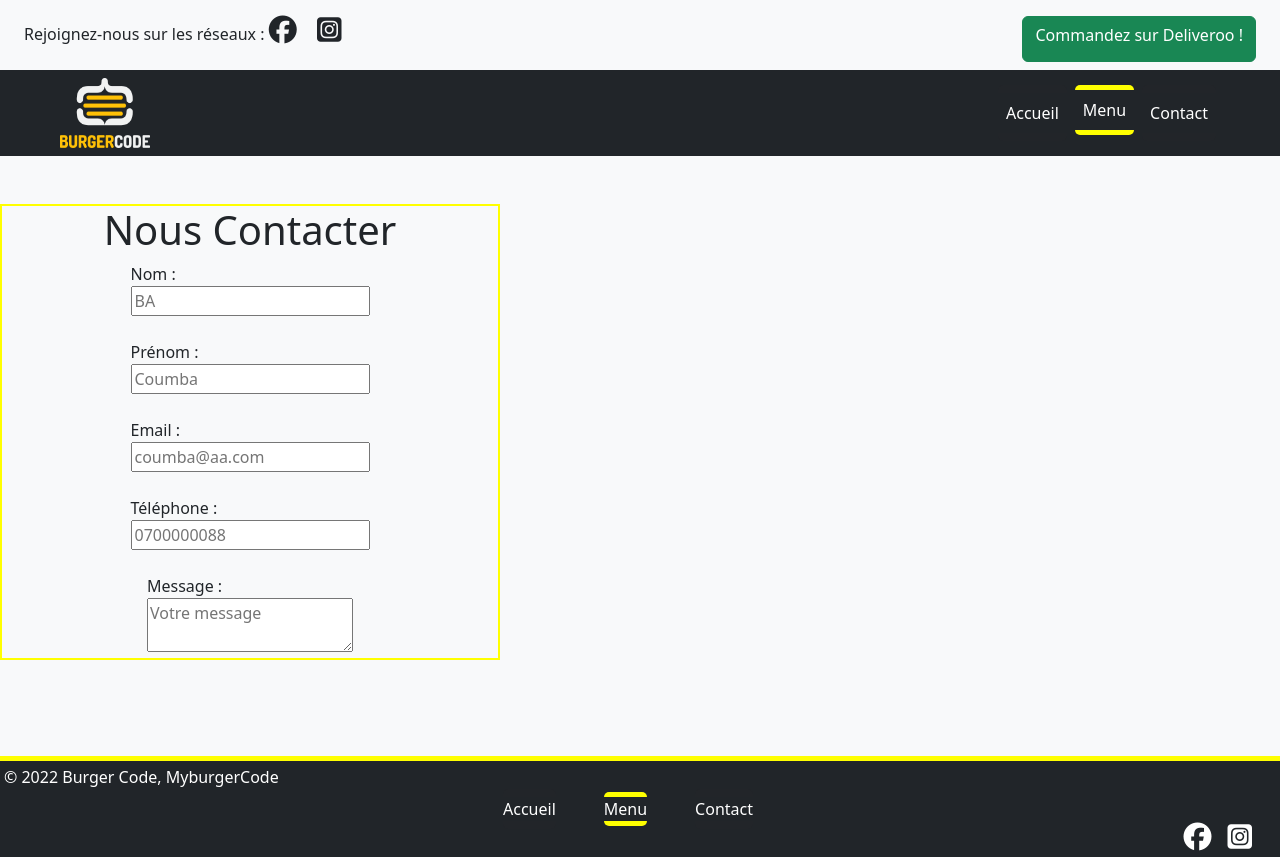
Repository: Coumba25040/coumbaProjet
Page: VraiProjet/contact.html
These files come from the project's save history. The page is drawn as it stood at one moment and after the next save; the edit follows.
The browser window is 1280 px wide. The pictures show the whole page.

Above is the page before, as saved 2025-01-24 14:07:20.

### VraiProjet/contact.html
<!DOCTYPE html>
<html lang="en">

<head>
    <meta charset="UTF-8">
    <meta name="viewport" content="width=device-width, initial-scale=1.0">
    <title>Document</title>
    <link href="https://cdn.jsdelivr.net/npm/bootstrap@5.3.3/dist/css/bootstrap.min.css" rel="stylesheet"
        integrity="sha384-QWTKZyjpPEjISv5WaRU9OFeRpok6YctnYmDr5pNlyT2bRjXh0JMhjY6hW+ALEwIH" crossorigin="anonymous">
        <link rel="stylesheet" href="https://cdnjs.cloudflare.com/ajax/libs/font-awesome/6.7.2/css/all.min.css" integrity="sha512-Evv84Mr4kqVGRNSgIGL/F/aIDqQb7xQ2vcrdIwxfjThSH8CSR7PBEakCr51Ck+w+/U6swU2Im1vVX0SVk9ABhg==" crossorigin="anonymous" referrerpolicy="no-referrer" />
    <style>


        .logo {
            height: 70px;
            width: 90px;
        }

        footer{
            display: flex;
            justify-content: center;
            flex-direction: column;
        }

        .menu{

          border-top: 5px solid yellow;
          border-bottom: 5px solid yellow;
          border-radius: 5px;
          color: white;

        }


        .border-hover:hover{
          border-top: 5px solid yellow;
          border-bottom: 5px solid yellow;
          border-radius: 5px;
                }

          .border-hover{
          border-top: 8px solid #222529;
          border-bottom: 8px solid #222529;
          border-radius: 5px;
                }

        .footer{
          border-top: 5px solid yellow;
        }

        form{
            border: 2px solid yellow;
            width: 500px;

        }






@media screen and (max-width: 580px) {
    .links{
        display: none;
    }

    .btn1{
        display: flex;
        justify-content: center;
        align-items: center;
    }


    header{
      display: flex;
      justify-content: center;
      align-items: center;

    }


    .btn1{
      display: block;
      margin: 0 auto;
      align-items: center;
    }



}



    </style>
</head>

<body class="bg-light">

    <header>

    <div class="container-fluid  p-2 mt-2 d-flex justify-content-between ">
        <p class="links ms-3">Rejoignez-nous sur les réseaux :
            <a href="http://www.facebook.com/">
                <i class="fa-brands fa-facebook fs-3 text-dark me-3"></i></a>
            <a href="http://www.instagram.com/">
                <i class="fa-brands fa-square-instagram fs-3 text-dark"></i></a>
        </p>
        <a href="#" class="btn btn-success btn1 me-3">Commandez sur Deliveroo !</a>

    </div>
</header>

    <nav class="navbar navbar-expand-lg bg-dark fixed accueil sticky-top">
        <div class="container-fluid bg-dark mx-5">
            <img class="logo" src="./img/Logo-block-light.png" alt="logo">
            <button class="navbar-toggler text-white" type="button" data-bs-toggle="collapse" data-bs-target="#navbarNav"
                aria-controls="#navbarNav" aria-expanded="false" aria-label="Toggle navigation">
                <i class="fa-solid fa-bars"></i>
            </button>
            <div class="navmobile collapse navbar-collapse " id="navbarNav">
                <ul class="navbar-nav ms-auto">
                    <li class="nav-item mx-1">
                        <a class="nav-link active text-white border-hover " aria-current="page" href="./accueil.html">Accueil</a>
                    </li>
                    <li class="nav-item mx-1">
                        <a class="nav-link text-white menu " href="./menu.html">Menu</a>
                    </li>
                    <li class="nav-item mx-1">
                        <a class="nav-link text-white border-hover " href="./contact.html">Contact</a>
                    </li>
                </ul>
            </div>
        </div>
    </nav>


    <form action="" method="get" class="d-flex flex-column align-items-center my-5 ">
        <h1>Nous Contacter</h1>

        <label for="name">Nom :<br>
        <input type="text" class="name" id="name" placeholder="BA"></label><br>

        <label for="prenom">Prénom :<br>
        <input type="text" class="prenom" id="prenom" placeholder="Coumba"></label><br>

        <label for="name">Email :<br>
        <input type="email" class="email" id="email" placeholder="coumba@aa.com"></label><br>

        <label for="tel">Téléphone :<br>
        <input type="tel" class="tel" id="tel" placeholder="0700000088"></label><br>

        <label for="name">Message :<br>
        <textarea name="message" id="message" placeholder="Votre message"></textarea><br></label>


    </form>


          <footer>

          <div class="container-fluid text-white bg-dark d-flex p-1 mt-5 footer">
            <div class="row w-100">
                <div class="col-md-4">
                    <p class="burgerc">© 2022 Burger Code, MyburgerCode</p>

                </div>

                <div class="col-md-4 d-flex justify-content-center align-items-center gap-5 p-4 ">
                <a class="nav-link active text-white border-hover" aria-current="page" href="./accueil.html">Accueil</a>
                <a class="nav-link text-white menu" href="./menu.html">Menu</a>
                <a class="nav-link text-white border-hover" href="./contact.html">Contact</a></div>

                <div class="col-md-4 d-flex justify-content-end align-items-end gap-3 reseaux">
                    <a href="http://www.facebook.com/">
                        <i class="fa-brands fa-facebook fs-3 text-white"></i></a>
                    <a href="http://www.instagram.com/">
                        <i class="fa-brands fa-square-instagram fs-3 text-white"></i></a>

                </div>

            </div>

          </div>

        </footer>








      <script src="https://cdn.jsdelivr.net/npm/bootstrap@5.3.3/dist/js/bootstrap.bundle.min.js" integrity="sha384-YvpcrYf0tY3lHB60NNkmXc5s9fDVZLESaAA55NDzOxhy9GkcIdslK1eN7N6jIeHz" crossorigin="anonymous"></script>
</body>

</html>

After the next save:
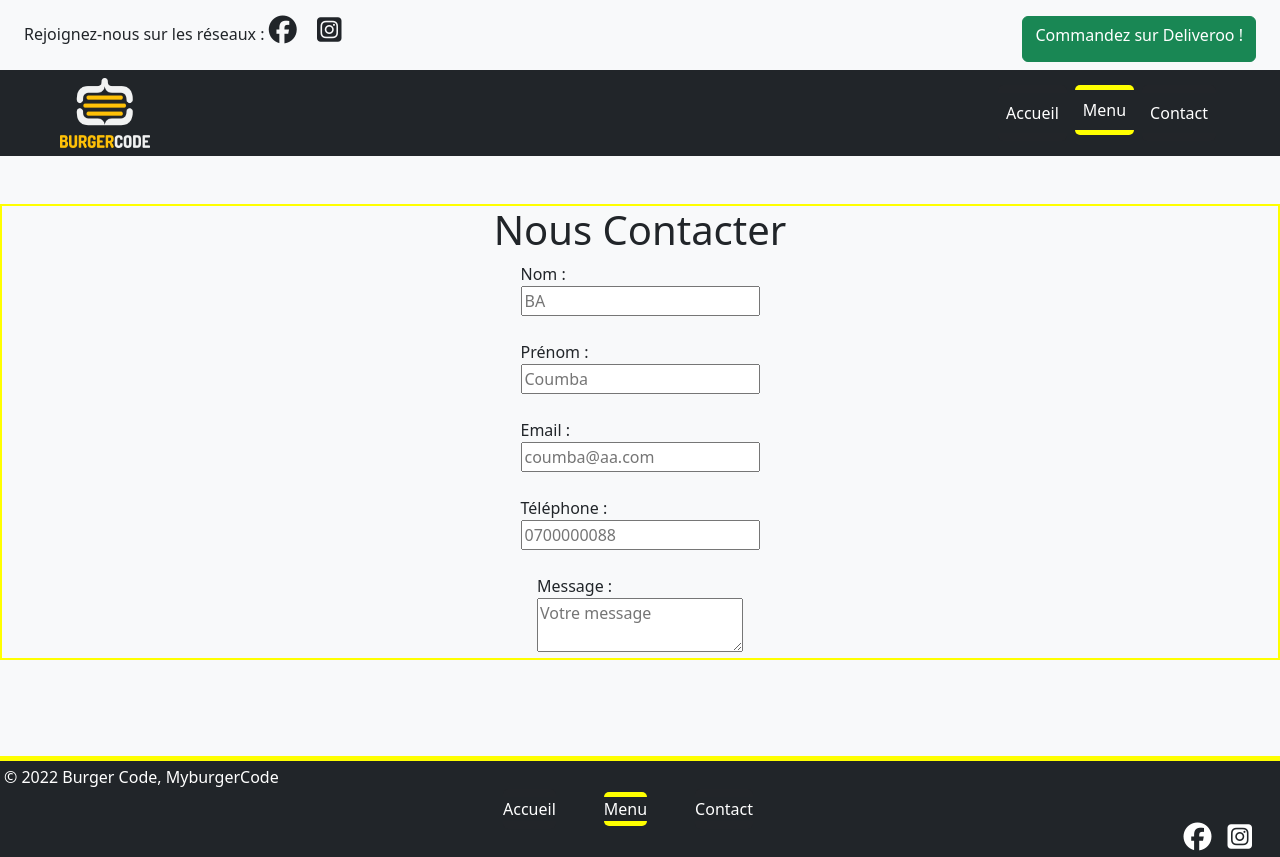
Saved 18 s later.
--- a/VraiProjet/contact.html
+++ b/VraiProjet/contact.html
@@ -50,7 +50,7 @@
 
         form{
             border: 2px solid yellow;
-            width: 500px;
+
 
         }
 
